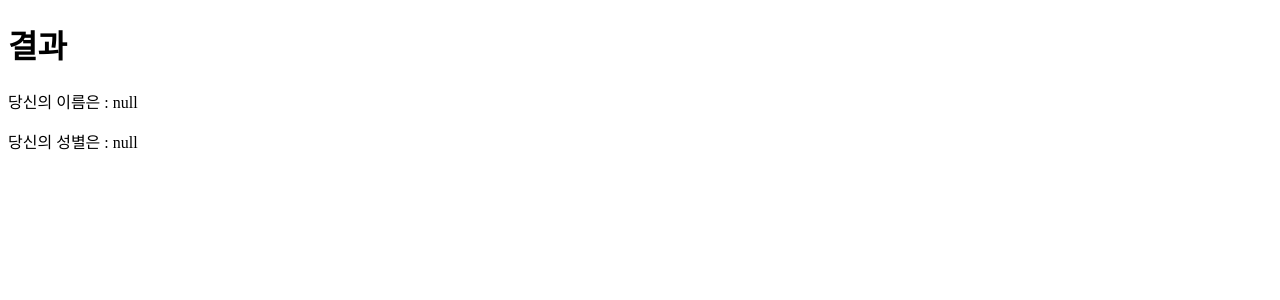
Repository: pro-hk/jsp
Page: http://localhost/chap04/research_ok.jsp
The author's editor kept a copy of each file at every save. The page is drawn from the files as they stood at one save, then again after a run of saves.
The browser window is 1280 px wide. The pictures show the whole page.
The page is served by Tomcat 9.

Above is the page before, as saved 2022-01-24 03:11:08.

### chap04/src/main/webapp/research_ok.jsp
<%@ page language="java" contentType="text/html; charset=UTF-8"
    pageEncoding="UTF-8"%>
<!DOCTYPE html>
<html>
<head>
<meta charset="UTF-8">
<title>Insert title here</title>
</head>
<body>
	<h1>결과</h1>
	<%
	request.setCharacterEncoding("utf-8");
	String user_name = request.getParameter("user_name");
	String gender = request.getParameter("gender");
	String season[] = request.getParameterValues("season");
	out.println("<p>당신의 이름은 : "+user_name+"</p>");
	out.println("<p>당신의 성별은 : "+gender+"</p>");

	%>
</body>
</html>

After the next 3 saves:
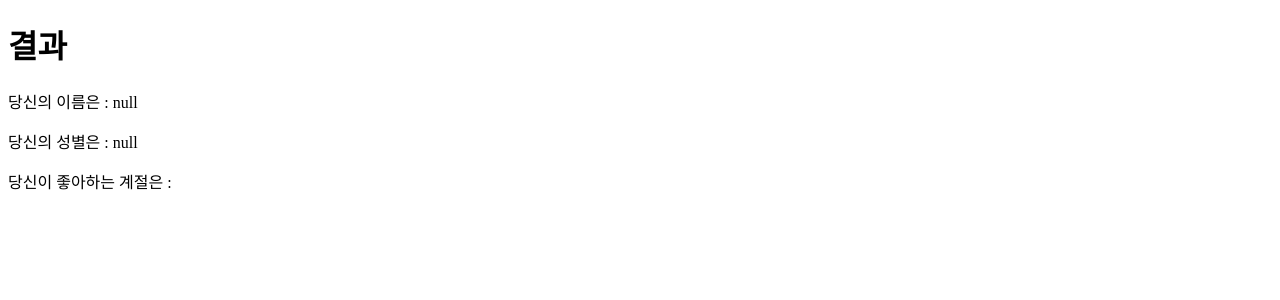
The 3 saves are shown as one change because 2 did not build or start.
The last was saved 4 min 12 s later.
--- a/chap04/src/main/webapp/research_ok.jsp
+++ b/chap04/src/main/webapp/research_ok.jsp
@@ -15,7 +15,11 @@
 	String season[] = request.getParameterValues("season");
 	out.println("<p>당신의 이름은 : "+user_name+"</p>");
 	out.println("<p>당신의 성별은 : "+gender+"</p>");
-
+	out.print("<p>당신이 좋아하는 계절은 : ");
+	//for(int i=0; i< season.length; i++) {
+	//	out.print(season[i])
+	//}
+	out.print("</p>");
 	%>
 </body>
 </html>
